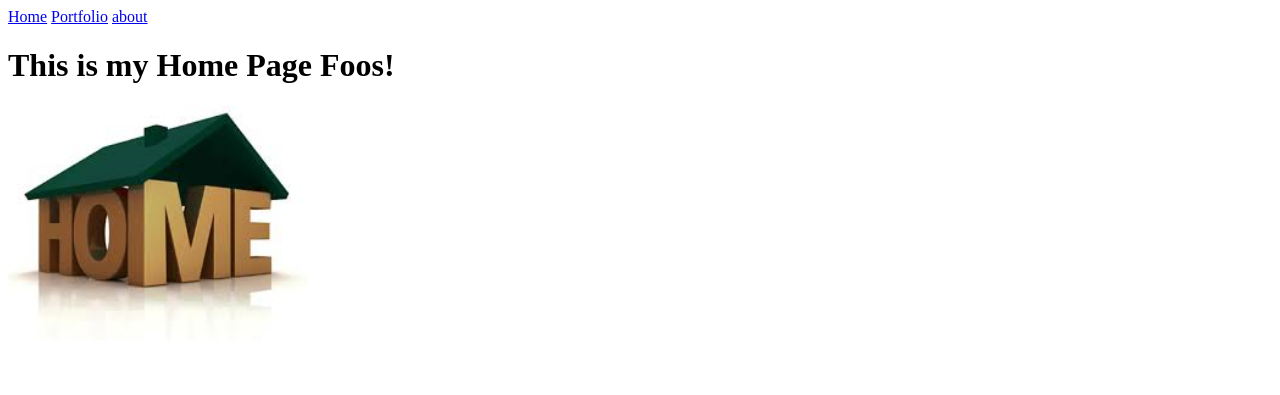
Repository: halelazuli/halelazuli.github.io
Page: my_website/index.html
The author's editor kept a record of every edit. The page is drawn from the files as they stood at one moment, then again after the next edit.
The browser window is 1280 px wide. The pictures show the whole page.

Above is the page before.

### my_website/index.html
<!doctype html>
<html lang="en">
  <head>
    <meta charset="utf-8">
    <title>Home</title>
  </head>
  <body>
    <a href="index.html">Home</a>
    <a href="portfolio.html">Portfolio</a>
     <a href="about.html">about</a>
    <h1>This is my Home Page Foos!</h1>
    <img src="images/home.jpg" height="250">
  </body>
</html>

After the next edit:
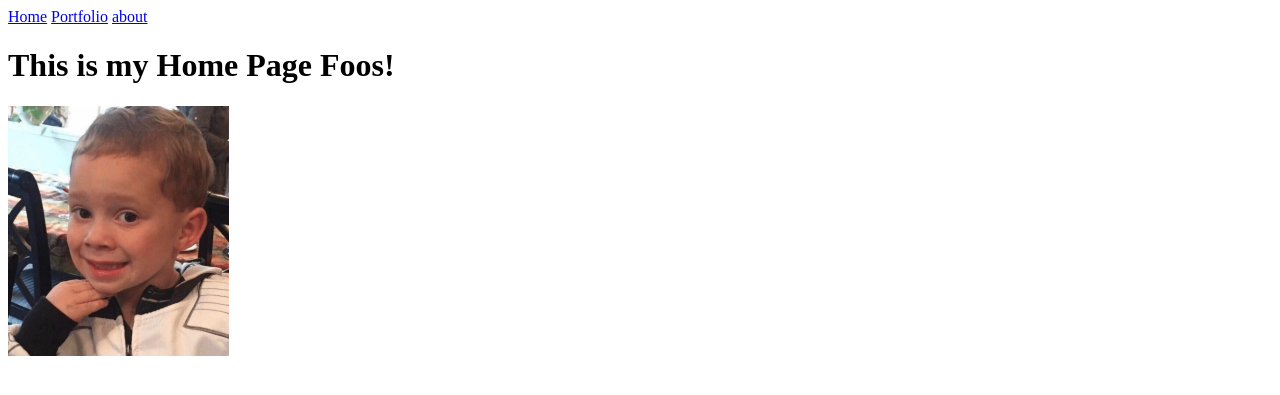
The edit:
--- a/my_website/index.html
+++ b/my_website/index.html
@@ -9,6 +9,6 @@
     <a href="portfolio.html">Portfolio</a>
      <a href="about.html">about</a>
     <h1>This is my Home Page Foos!</h1>
-    <img src="images/home.jpg" height="250">
+    <img src="images/kevin.jpg" height="250">
   </body>
 </html>
